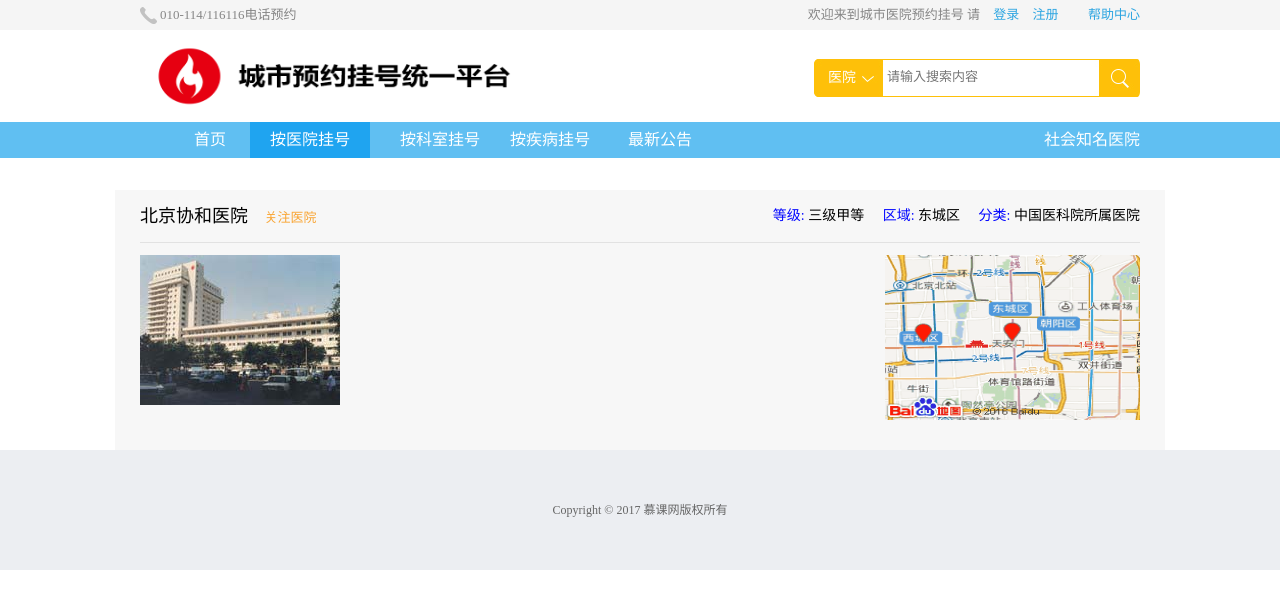
Repository: ScarApocalypse/study
Page: 挂号平台/hospital_detail.html
An editor plug-in stored every save of this project. The page is shown before and after the next save, followed by the edit.
The browser window is 1280 px wide. The pictures show the whole page.

Above is the page before, as saved 2019-01-22 22:23:06.

After the next save:
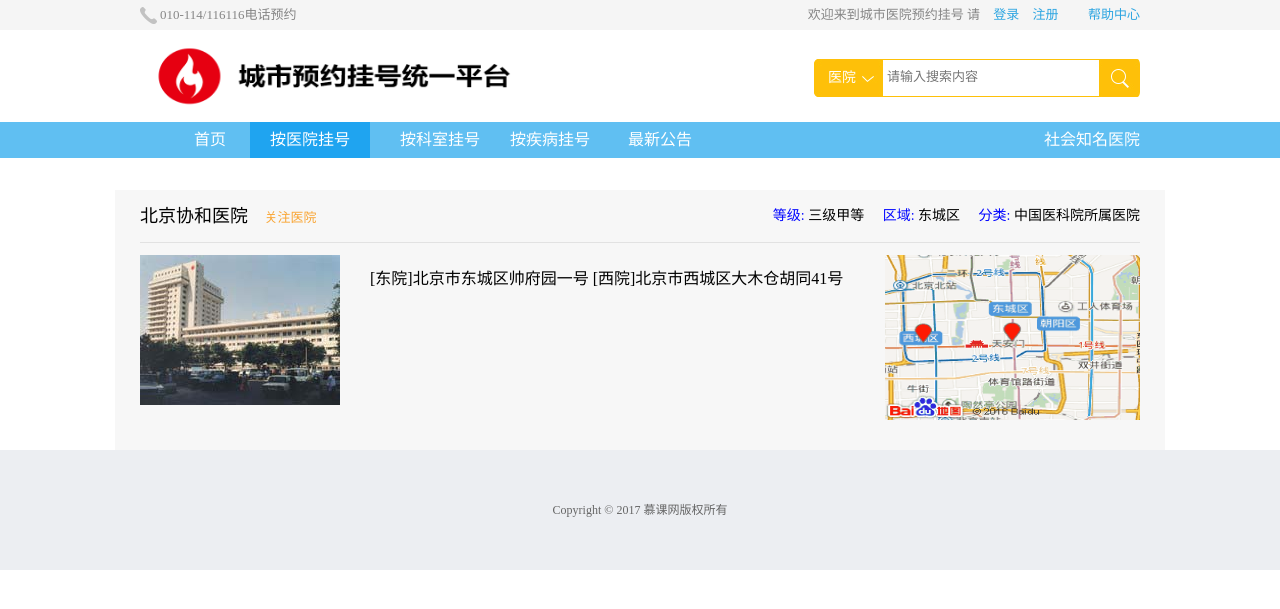
Saved 9 s later.
--- a/挂号平台/hospital_detail.html
+++ b/挂号平台/hospital_detail.html
@@ -72,8 +72,9 @@
             </div>
         </div>
         <div class="hospitalDetail-content">
-        <img src="img/hospital-1.jpg" alt="">
-        <img src="img/map-1.png" alt="">
+            <img src="img/hospital-1.jpg" alt="">
+            <img src="img/map-1.png" alt="">
+            <div class="address">[东院]北京市东城区帅府园一号 [西院]北京市西城区大木仓胡同41号</div>
         </div>
     </div>
     <!-- 页脚区域 -->
